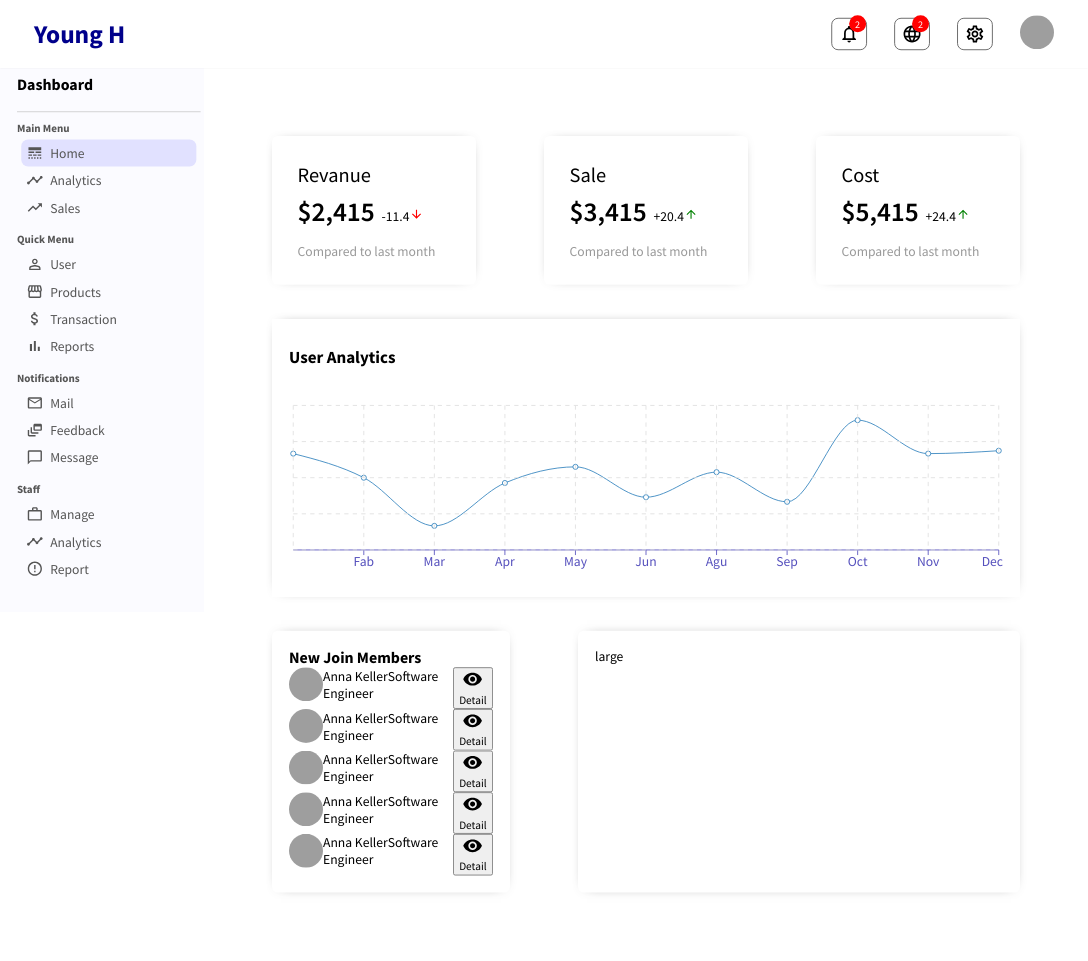
Repository: noname20011/admin
Page: /
An editor plug-in stored every save of this project. The page is shown before and after the next save, followed by the edit.
The browser window is 1280 px wide. The pictures show the whole page, at 85% of full size.
Pictures or frames that could not be fetched are drawn as grey boxes. The project was rebuilt for these pictures with package versions that can differ from the ones it lists, and the page was loaded fresh each time.

Above is the page before, as saved 2021-11-14 08:51:33.

### public/index.html
<!DOCTYPE html>
<html lang="en">
  <head>
    <meta charset="utf-8" />
    <meta name="viewport" content="width=device-width, initial-scale=1" />
    <meta name="theme-color" content="#000000" />
    <meta
      name="description"
      content="Web site created using create-react-app"
    />
    <!-- GOOGLE FONTS -->
    <link href="https://fonts.googleapis.com/css2?family=Source+Sans+Pro:wght@200;300;400;600;700;900&display=swap" rel="stylesheet">
    <style>
      * {
        font-family: 'Source Sans Pro', sans-serif;
        padding: 0;
        margin: 0;
      }
    </style>
    <title>React Admin App</title>
  </head>
  <body>
    <div id="root"></div>
  </body>
</html>

### src/App.js
import Topbar from "./comopnents/topbar/Topbar";
import Sidebar from "./comopnents/sidebar/Sidebar";
import Home from "./pages/home/Home.jsx"
import './app.css'
function App() {
  return (
    <div>
      <Topbar/>
      <div className="container">
        <Sidebar/>
        <Home/>
      </div>
    </div>
  );
}

export default App;

### src/comopnents/topbar/Topbar.jsx
import React from 'react'
import './topbar.css'

import { Language, NotificationsNone, SettingsOutlined  } from '@material-ui/icons'

export default function Topbar() {
    return (
        <div className="topbar">
            <div className="topbarWrapper">
                <div className="topLeft">
                    <div className="logo">Young H</div>
                </div>
                <div className="topRight">
                    <div className="topbarIconContainer">
                        <NotificationsNone/>
                        <div className="topIconsBadge">2</div>
                    </div>
                    <div className="topbarIconContainer">
                        <Language/>
                        <div className="topIconsBadge">2</div>
                    </div>
                    <div className="topbarIconContainer">
                        <SettingsOutlined/>
                    </div>
                    <div>
                        <img src="https://images.pexels.com/photos/1526814/pexels-photo-1526814.jpeg?auto=compress&cs=tinysrgb&dpr=2&w=500" alt="admin" className="topAvatar"/>
                    </div>
                </div>
            </div>
        </div>
    )
}

### src/comopnents/sidebar/Sidebar.jsx
import { AttachMoney, BarChart, ChatBubbleOutline, DynamicFeed, ErrorOutline, LineStyle, MailOutlined, PersonOutline, Storefront, Timeline, TrendingUp,  WorkOutlineOutlined } from '@material-ui/icons'
import React from 'react'
import "./sidebar.css"
export default function Sidebar() {
    return (
        <div className="sidebar">
            <div className="sidebarWrapper">
                <h3 className="sidebarTitle">Dashboard</h3>
                <div className="sidebarMenu">
                    <h4 className="sidebarMenuTitle">Main Menu</h4>
                    <ul className="sidebarLists">
                        <li className="sidebarListItem active">
                            <LineStyle className="sidebarIcon"/>
                            Home
                        </li>
                        <li className="sidebarListItem">
                            <Timeline className="sidebarIcon"/>
                            Analytics
                        </li>
                        <li className="sidebarListItem">
                            <TrendingUp className="sidebarIcon"/>
                            Sales
                        </li>
                    </ul>
                </div>
                <div className="sidebarMenu">
                    <h4 className="sidebarMenuTitle">Quick Menu</h4>
                    <ul className="sidebarLists">
                        <li className="sidebarListItem">
                            <PersonOutline className="sidebarIcon"/>
                            User
                        </li>
                        <li className="sidebarListItem">
                            <Storefront className="sidebarIcon"/>
                            Products
                        </li>
                        <li className="sidebarListItem">
                            <AttachMoney className="sidebarIcon"/>
                            Transaction
                        </li>
                        <li className="sidebarListItem">
                            <BarChart className="sidebarIcon"/>
                            Reports
                        </li>
                    </ul>
                </div>
                <div className="sidebarMenu">
                    <h4 className="sidebarMenuTitle">Notifications</h4>
                    <ul className="sidebarLists">
                        <li className="sidebarListItem">
                            <MailOutlined className="sidebarIcon"/>
                            Mail
                        </li>
                        <li className="sidebarListItem">
                            <DynamicFeed className="sidebarIcon"/>
                            Feedback
                        </li>
                        <li className="sidebarListItem">
                            <ChatBubbleOutline className="sidebarIcon"/>
                            Message
                        </li>
                    </ul>
                </div>
                <div className="sidebarMenu">
                    <h4 className="sidebarMenuTitle">Staff</h4>
                    <ul className="sidebarLists">
                        <li className="sidebarListItem">
                            <WorkOutlineOutlined className="sidebarIcon"/>
                            Manage
                        </li>
                        <li className="sidebarListItem">
                            <Timeline className="sidebarIcon"/>
                            Analytics
                        </li>
                        <li className="sidebarListItem">
                            <ErrorOutline className="sidebarIcon"/>
                            Report
                        </li>
                    </ul>
                </div>
            </div>
        </div>
    )
}

### src/pages/home/Home.jsx
import "./home.css"
import Feature from "../../comopnents/featureInfo/Feature"
import Chart from "../../comopnents/chart/Chart"
import WidgetSm from "../../comopnents/widgetSm/WidgetSm"
import WidgetLg from "../../comopnents/widgetLg/WidgetLg"
import {userData} from "../../dummyData"

export default function Home() {
    return (
        <div className="home">
            <Feature/>
            <Chart data={userData} title="User Analytics" grid dataKey="Active User"/>
            <div className="homeWidgets">
                <WidgetSm/>
                <WidgetLg/>
            </div>
        </div>
    )
}

### src/app.css
ul, li {
    list-style: none;
}

a {
    text-decoration: none;
}

.container {
    display: flex;
}

.other {
    flex: 4;
}

### src/comopnents/topbar/topbar.css
.topbar {
    width: 100%;
    height: 80px;
    background: #fff;
    box-shadow: 0 .5px 2px rgba(0, 0, 0, 0.07);

    position: sticky;
    top: 0;
    z-index: 1000;
}

.topbarWrapper {
    height: 100%;
    padding: 0 40px;
    display: flex;
    justify-content: space-between;
    align-items: center;
}

.logo {
    font-weight: bold;
    font-size: 30px;
    color: darkblue;
    cursor: pointer;
}

.topRight {
    display: flex;
    align-items: center;
    column-gap: 2rem;
}
.topbarIconContainer {
    position: relative;
    cursor: pointer;
    width: 40px;
    height: 36px;
    border: 1px solid #555;
    border-radius: .5rem;
    display: flex;
    align-items: center;
    justify-content: center;
}

.topbarIconContainer:hover {
    background-color: rgb(248, 246, 246);
}

.topIconsBadge {
    font-size: 12px;
    position: absolute;
    top: -4px;
    right: 0px;

    width: 20px;
    height: 20px;
    background-color: red;
    color: #fff;
    border-radius: 50%;

    display: flex;
    place-content: center;
    place-items: center;
}

.topAvatar {
    width: 40px;
    height: 40px;
    object-fit: cover;
    border-radius: 50%;
    cursor: pointer;
}

### src/comopnents/sidebar/sidebar.css
.sidebar {
    flex: 1;
    background-color: rgb(251, 251, 255);
    position: sticky;
    top: 80px;
    height: calc(100vh - 80px);
}

.sidebarWrapper {
    padding: 8px 4px 0 20px;
}

.sidebarTitle {
    padding-bottom: 20px;
    margin-bottom: 10px;
    border-bottom: 1px solid #ccc;
}

.sidebarMenu {
    margin-bottom: 8px;
}

.sidebarMenuTitle {
    color: #555;
    font-size: 13px;
}

.sidebarLists {
    padding: 5px;
}

.sidebarListItem {
    display: flex;
    align-items: center;
    column-gap: .5rem;

    padding: 6px;
    color: #555;
    cursor: pointer;
    border-radius: .5rem;
}

.sidebarListItem.active,
.sidebarListItem:hover {
    background-color: rgb(225, 225, 255);
}

.sidebarIcon {
    font-size: 20px!important;
}

### src/pages/home/home.css
.home {
    flex: 4;
    margin: 60px 40px;
}

.homeWidgets {
    display: flex;

}

### src/comopnents/featureInfo/Feature.jsx
import { ArrowDownward, ArrowUpward } from '@material-ui/icons'
import "./feature.css"

export default function Feature() {
    return (
        <div className="featured">
            <div className="featuredItem">
                <span className="featuredTitle">Revanue</span>
                <div className="featuredMoneyContainer">
                    <span className="featuredMoney">$2,415</span>
                    <span className="featuredMoneyRate">-11.4
                        <ArrowDownward className="featuredIcon negative"/>
                    </span>
                </div>
                <span className="featuredSub">Compared to last month
                </span>
            </div>

            <div className="featuredItem">
                <span className="featuredTitle">Sale</span>
                <div className="featuredMoneyContainer">
                    <span className="featuredMoney">$3,415</span>
                    <span className="featuredMoneyRate">+20.4
                        <ArrowUpward className="featuredIcon "/>
                    </span>
                </div>
                <span className="featuredSub">Compared to last month
                </span>
            </div>

            <div className="featuredItem">
                <span className="featuredTitle">Cost</span>
                <div className="featuredMoneyContainer">
                    <span className="featuredMoney">$5,415</span>
                    <span className="featuredMoneyRate">+24.4
                        <ArrowUpward className="featuredIcon "/>
                    </span>
                </div>
                <span className="featuredSub">Compared to last month</span>
            </div>
        </div>
    )
}

### src/comopnents/chart/Chart.jsx
import "./chart.css"
import { LineChart, Line, XAxis, YAxis, CartesianGrid, Tooltip, Legend, ResponsiveContainer } from 'recharts';



export default function Chart({ title, data, dataKey, grid }) {

    return (
        <div className="chart">
            <h3 className="chartTitle">{title}</h3>
            <ResponsiveContainer width="100%" aspect={4 / 1}>
                <LineChart data={data}>
                    <XAxis dataKey="name" stroke="#5550bd"/>
                    <Line type="monotone" dataKey={dataKey}/>
                    <Tooltip />
                    {grid && <CartesianGrid stroke="#e0dfdf" strokeDasharray="5 5" />}
                </LineChart>
            </ResponsiveContainer>
        </div>
    )
}

### src/comopnents/widgetSm/WidgetSm.jsx
import { Visibility } from "@material-ui/icons"
import React from "./widgetSm.css"

export default function widgetSm() {
    return (
        <div className="widgetSm">
            <h3 className="widgetSmTitle">New Join Members</h3>
            <ul className="widgetSmList">
                <li className="widgetSmListItem">
                    <img src="https://images.pexels.com/photos/3992656/pexels-photo-3992656.png?auto=compress&cs=tinysrgb&dpr=2&w=500" alt="member"  className="widgetSmImg"/>
                    <div className="widgetSmUser">
                        <span className="widgetSmUsername">Anna Keller</span>
                        <span className="widgetSmUserTitle">Software Engineer</span>
                    </div>
                    <button className="widgetSmButton">
                        <Visibility className="widgetSmIcon"/>
                        Detail
                    </button>
                </li>
                <li className="widgetSmListItem">
                    <img src="https://images.pexels.com/photos/3992656/pexels-photo-3992656.png?auto=compress&cs=tinysrgb&dpr=2&w=500" alt="member"  className="widgetSmImg"/>
                    <div className="widgetSmUser">
                        <span className="widgetSmUsername">Anna Keller</span>
                        <span className="widgetSmUserTitle">Software Engineer</span>
                    </div>
                    <button className="widgetSmButton">
                        <Visibility className="widgetSmIcon"/>
                        Detail
                    </button>
                </li>
                <li className="widgetSmListItem">
                    <img src="https://images.pexels.com/photos/3992656/pexels-photo-3992656.png?auto=compress&cs=tinysrgb&dpr=2&w=500" alt="member"  className="widgetSmImg"/>
                    <div className="widgetSmUser">
                        <span className="widgetSmUsername">Anna Keller</span>
                        <span className="widgetSmUserTitle">Software Engineer</span>
                    </div>
                    <button className="widgetSmButton">
                        <Visibility className="widgetSmIcon"/>
                        Detail
                    </button>
                </li>
                <li className="widgetSmListItem">
                    <img src="https://images.pexels.com/photos/3992656/pexels-photo-3992656.png?auto=compress&cs=tinysrgb&dpr=2&w=500" alt="member"  className="widgetSmImg"/>
                    <div className="widgetSmUser">
                        <span className="widgetSmUsername">Anna Keller</span>
                        <span className="widgetSmUserTitle">Software Engineer</span>
                    </div>
                    <button className="widgetSmButton">
                        <Visibility className="widgetSmIcon"/>
                        Detail
                    </button>
                </li>
                <li className="widgetSmListItem">
                    <img src="https://images.pexels.com/photos/3992656/pexels-photo-3992656.png?auto=compress&cs=tinysrgb&dpr=2&w=500" alt="member"  className="widgetSmImg"/>
                    <div className="widgetSmUser">
                        <span className="widgetSmUsername">Anna Keller</span>
                        <span className="widgetSmUserTitle">Software Engineer</span>
                    </div>
                    <button className="widgetSmButton">
                        <Visibility className="widgetSmIcon"/>
                        Detail
                    </button>
                </li>
            </ul>
        </div>
    )
}

### src/comopnents/widgetLg/WidgetLg.jsx
import React from "./widgetLg.css"

export default function WidgetLg() {
    return (
        <div className="widgetLg">
            large
        </div>
    )
}

### src/dummyData.js
export const userData = [
    {
        name: 'Jan',
        "Active User": 4000,
    },
    {
        name: 'Fab',
        "Active User": 3000,

    },
    {
        name: 'Mar',
        "Active User": 1000,

    },
    {
        name: 'Apr',
        "Active User": 2780,
    },
    {
        name: 'May',
        "Active User": 3450,
    },
    {
        name: 'Jun',
        "Active User": 2190,
    },
    {
        name: 'Agu',
        "Active User": 3230,
    },
    {
        name: 'Sep',
        "Active User": 2000,
    },
    {
        name: 'Oct',
        "Active User": 5390,
    },
    {
        name: 'Nov',
        "Active User": 4000,
    },
    {
        name: 'Dec',
        "Active User": 4120,
    },
    ];

### src/comopnents/featureInfo/feature.css
.featured {
    display: flex;
    justify-content: space-between;
    width: 100%;
}
.featuredItem {
    flex: 1;
    width: 30%;
    margin: 20px 40px;
    padding: 30px;
    border-radius: .4rem;
    cursor: pointer;
    -webkit-box-shadow: 0px 0px 15px -10px rgba(0, 0, 0, 0.75);
    box-shadow: 0px 0px 15px -10px rgba(0, 0, 0, 0.75);
}

.featuredTitle {
    font-size: 24px;
    margin-bottom: 8px;
    display: block;
}

.featuredMoneyContainer {
    margin: 6px 0 16px;
}

.featuredMoney {
    font-weight: 600;
    font-size: 32px;
}

.featuredMoneyRate {
    font-size: 16px;
    margin-left: 8px;
}

.featuredIcon {
    font-size: 16px!important;
    color: green;
}

.featuredIcon.negative {
    color: red;
}

.featuredSub {
    color: #999;
    font-size: 16px;
}

### src/comopnents/chart/chart.css
.chart {
    -webkit-box-shadow: 0px 0px 15px -10px rgba(0, 0, 0, 0.75);
    box-shadow: 0px 0px 15px -10px rgba(0, 0, 0, 0.75);
    margin: 20px 40px;
    padding: 20px;
}

.chartTitle {
    font-size: 20px;
    margin: 12px 0 40px;

}

### src/comopnents/widgetSm/widgetSm.css
.widgetSm {
    flex: 1;
    margin: 20px 40px;
    padding: 20px;
    border-radius: .4rem;
    -webkit-box-shadow: 0px 0px 15px -10px rgba(0, 0, 0, 0.75);
    box-shadow: 0px 0px 15px -10px rgba(0, 0, 0, 0.75);
    row-gap: 1.5rem;
}

.widgetSmListItem {
    display: flex;
    justify-content: space-between;
}

.widgetSmImg {
    width: 40px;
    height: 40px;
    border-radius: 50%;
    object-fit: cover;
}

### src/comopnents/widgetLg/widgetLg.css
.widgetLg {
    flex: 2;
    border-radius: .4rem;
    margin: 20px 40px;
    padding: 20px;
    -webkit-box-shadow: 0px 0px 15px -10px rgba(0, 0, 0, 0.75);
    box-shadow: 0px 0px 15px -10px rgba(0, 0, 0, 0.75);
}

Loaded but not shown: src/index.js (common file)

After the next save:
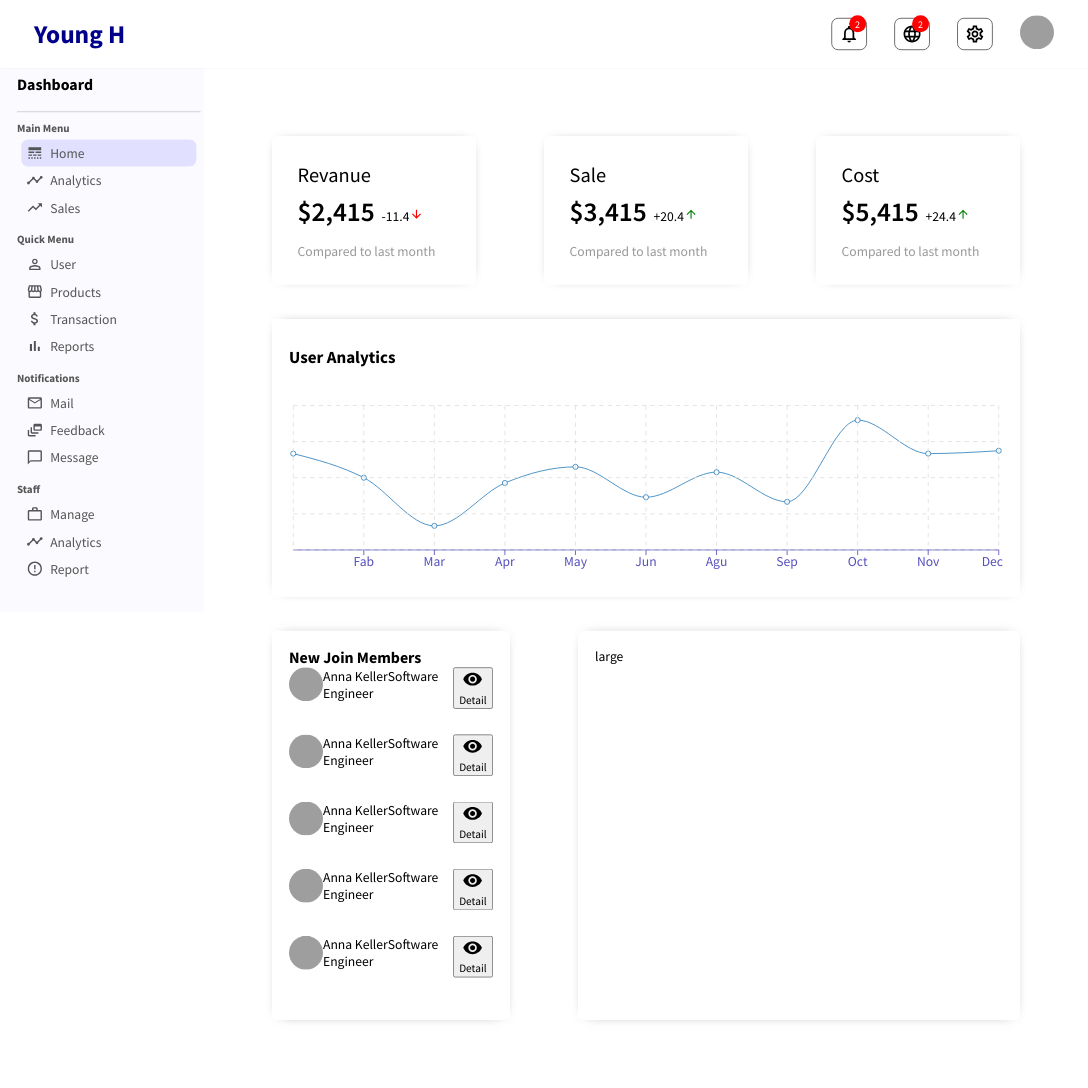
Saved 14 s later.
--- a/src/comopnents/widgetSm/widgetSm.css
+++ b/src/comopnents/widgetSm/widgetSm.css
@@ -5,12 +5,12 @@
     border-radius: .4rem;
     -webkit-box-shadow: 0px 0px 15px -10px rgba(0, 0, 0, 0.75);
     box-shadow: 0px 0px 15px -10px rgba(0, 0, 0, 0.75);
-    row-gap: 1.5rem;
 }
 
 .widgetSmListItem {
     display: flex;
     justify-content: space-between;
+    margin-bottom: 30px;
 }
 
 .widgetSmImg {
